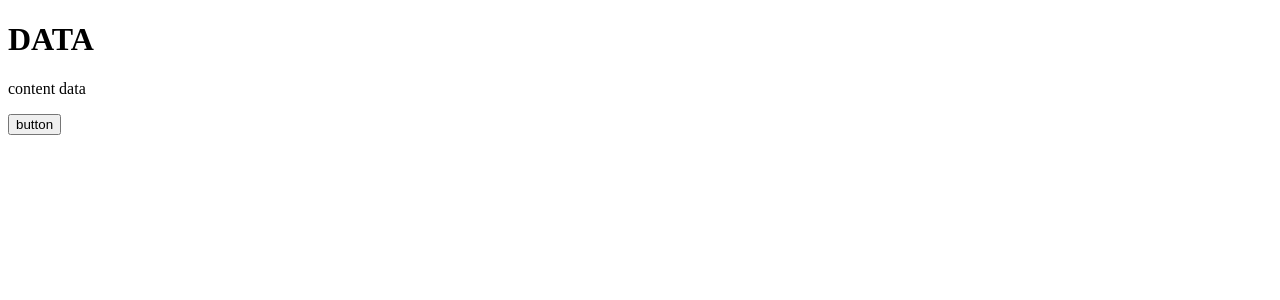
Repository: HeesuJeong/Web
Page: work_frontend/WebDay02/WebContent/domapi.html
The author's editor kept a copy of each file at every save. The page is drawn from the files as they stood at one save, then again after the next save.
The browser window is 1280 px wide. The pictures show the whole page.

Above is the page before, as saved 2019-09-19 10:11:31.
Console error (its wording comes from the project's code and is left out).

### work_frontend/WebDay02/WebContent/domapi.html
<!DOCTYPE html>
<html>
<head>
<meta charset="UTF-8">
<title>Insert title here</title>
<script type="text/javascript">
	window.onload = function() {
		var p = document.getElementById("data");

		//버튼 눌렀을 때 효과 주고 싶다
		var button=document.querySelector("<button>");
		console.log(button);


		function firstfunction() {
			console.log(p.innerHTML);
			p.innerHTML="Hello p^^";
			//스타일 줄 수 있다
			p.setAttribute("style","background: #F00");
		}
		firstfunction(); //함수 안에서 또 다시 호출이 필요하다!!!!!!!!!

	/* 	함수 선언과 동시에 자동 실행하게 하기 위해! => 일급펑션이라 한다
		(function firstfunction() {
			console.log(p);
		})(); */
	}
</script>
</head>
<body>


	<h1>DATA</h1>
	<div>
		<p id="data">content data</p>
		<button>button</button>
	</div>

</body>
</html>

After the next save:
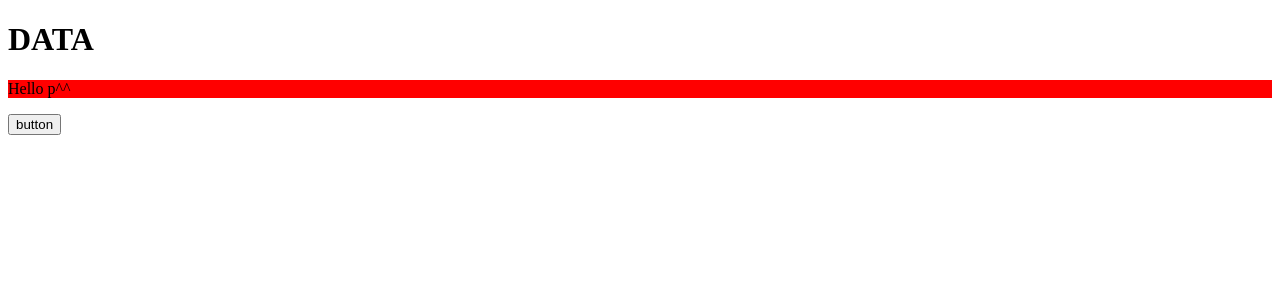
The error is gone.
Saved 25 s later.
--- a/work_frontend/WebDay02/WebContent/domapi.html
+++ b/work_frontend/WebDay02/WebContent/domapi.html
@@ -8,7 +8,7 @@
 		var p = document.getElementById("data");
 
 		//버튼 눌렀을 때 효과 주고 싶다
-		var button=document.querySelector("<button>");
+		var button=document.querySelector("button");
 		console.log(button);
 
 
